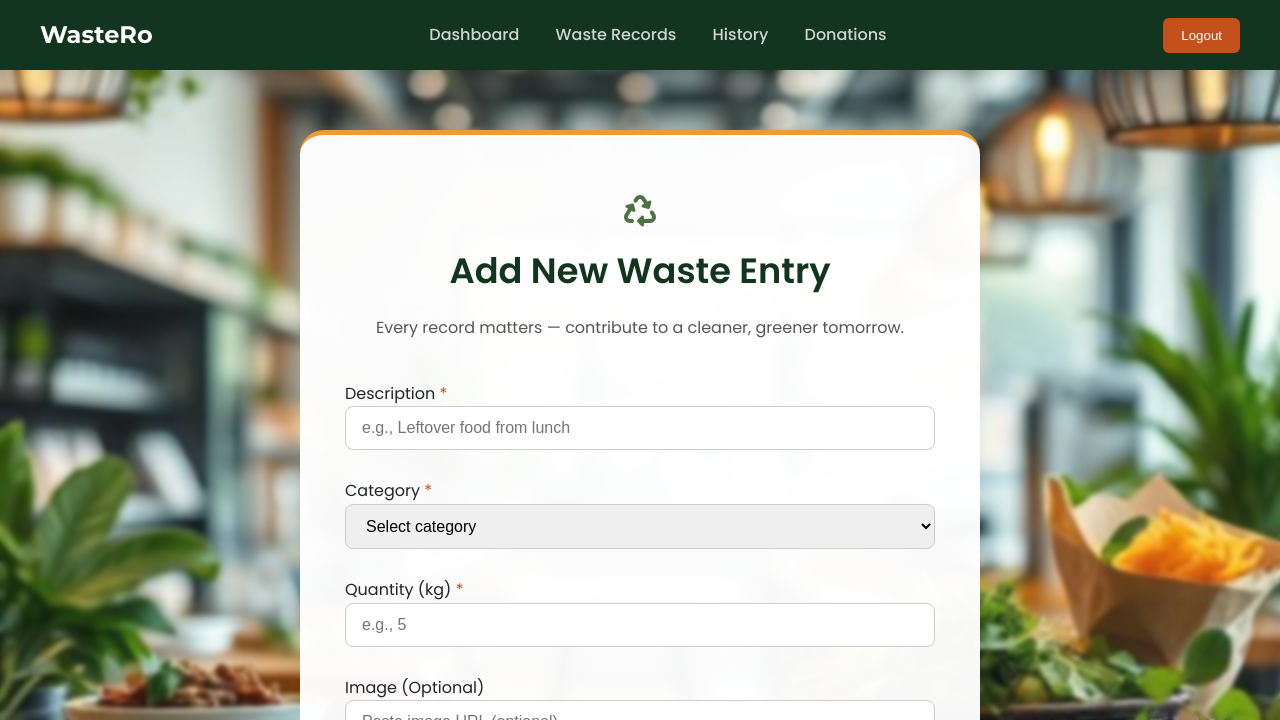
Repository: mahekagrawal25/restaurant-waste-management
Page: frontend/addwaste.html
An editor plug-in stored every save of this project. The page is shown before and after a run of saves, followed by the edit.
The browser window is 1280 px wide. The pictures show the whole page.
An inner scrolling area shows only its first screen.

Above is the page before, as saved 2025-04-26 13:05:04.

After the next 2 saves:
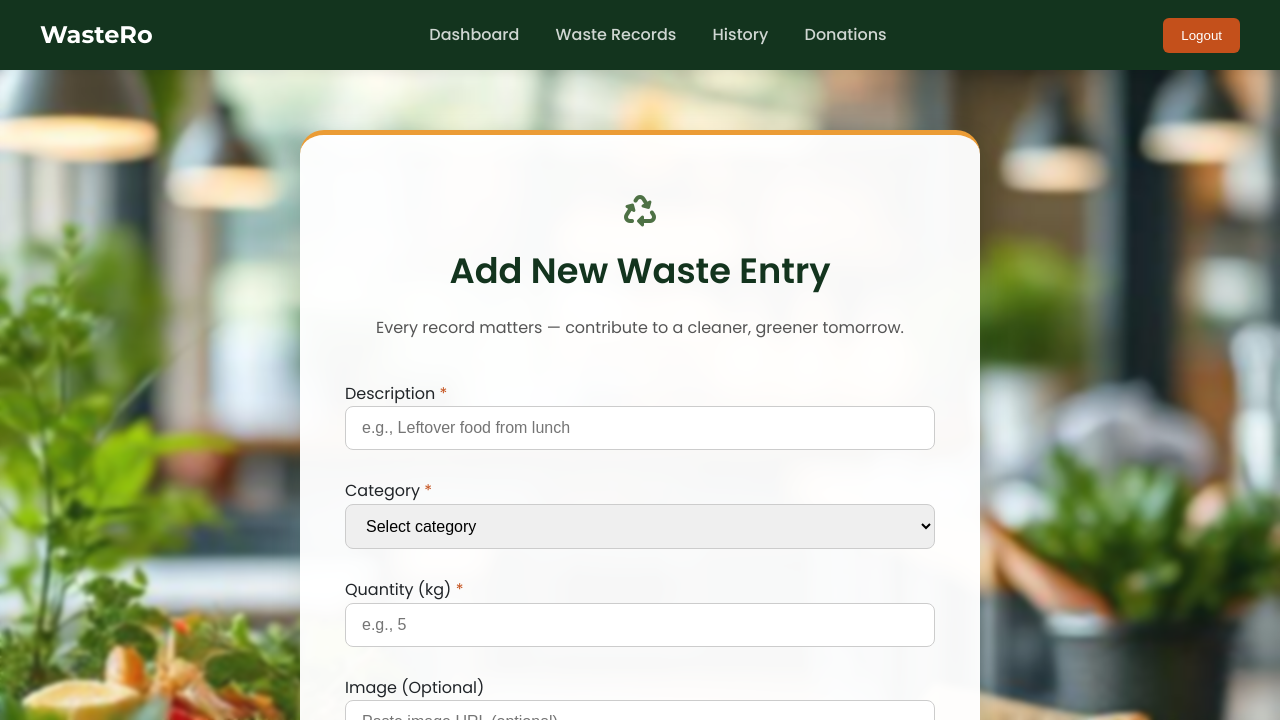
The 2 saves are shown as one change because they came seconds apart.
The last was saved 104 s later.
--- a/frontend/addwaste.html
+++ b/frontend/addwaste.html
@@ -30,7 +30,7 @@
         height: 100%;
         overflow: hidden;
         font-family: "Poppins", sans-serif;
-        background: url("./images/restro10.jpeg") no-repeat center center fixed;
+        background: url("./images/restro1.jpg") no-repeat center center fixed;
         background-size: cover;
       }
 
